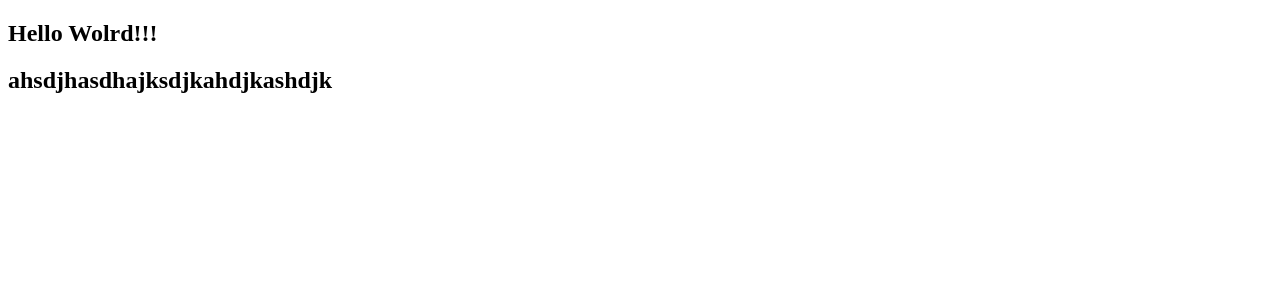
Repository: huygicungduoc/First_Project
Page: index1.html
The author's editor kept a copy of each file at every save. The page is drawn from the files as they stood at one save, then again after the next save.
The browser window is 1280 px wide. The pictures show the whole page.

Above is the page before, as saved 2025-03-08 19:55:44.

### index1.html
<!DOCTYPE html>
<html lang="en">
<head>
    <meta charset="UTF-8">
    <meta name="viewport" content="width=device-width, initial-scale=1.0">
    <title>First Project</title>
</head>
<body>

    <h2>Hello Wolrd!!!</h2>
    <h2>ahsdjhasdhajksdjkahdjkashdjk</h2>
</body>
</html>

After the next save:
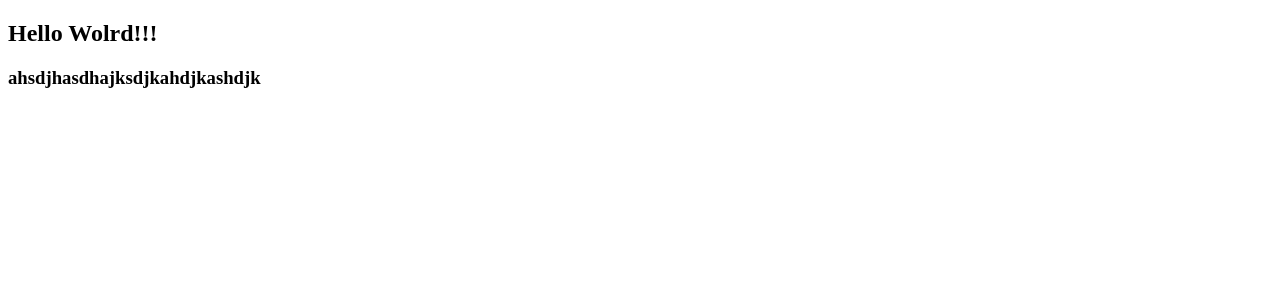
Saved 7 min 38 s later.
--- a/index1.html
+++ b/index1.html
@@ -8,6 +8,6 @@
 <body>
 
     <h2>Hello Wolrd!!!</h2>
-    <h2>ahsdjhasdhajksdjkahdjkashdjk</h2>
+    <h3>ahsdjhasdhajksdjkahdjkashdjk</h3>
 </body>
 </html>
